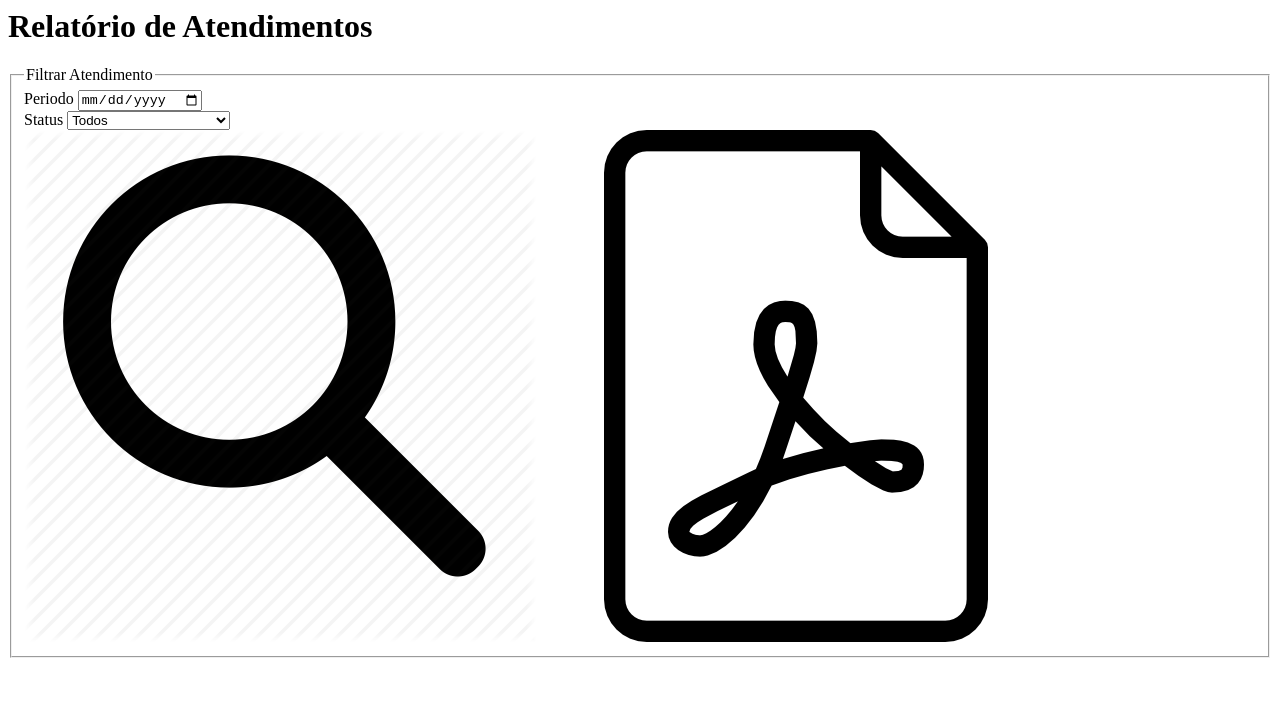
Repository: PedroViniciusVeiga/ProjetoIntratarefas
Page: Workspace - Projeto Intratarefas/ProjetoIntratarefas/WebContent/pages/administrador/relatorio_atendimento.html
An editor plug-in stored every save of this project. The page is shown before and after the next save, followed by the edit.
The browser window is 1280 px wide. The pictures show the whole page.

Above is the page before, as saved 2022-06-06 22:09:24.
Console error: ReferenceError: INTRATAREFAS is not defined

After the next save:
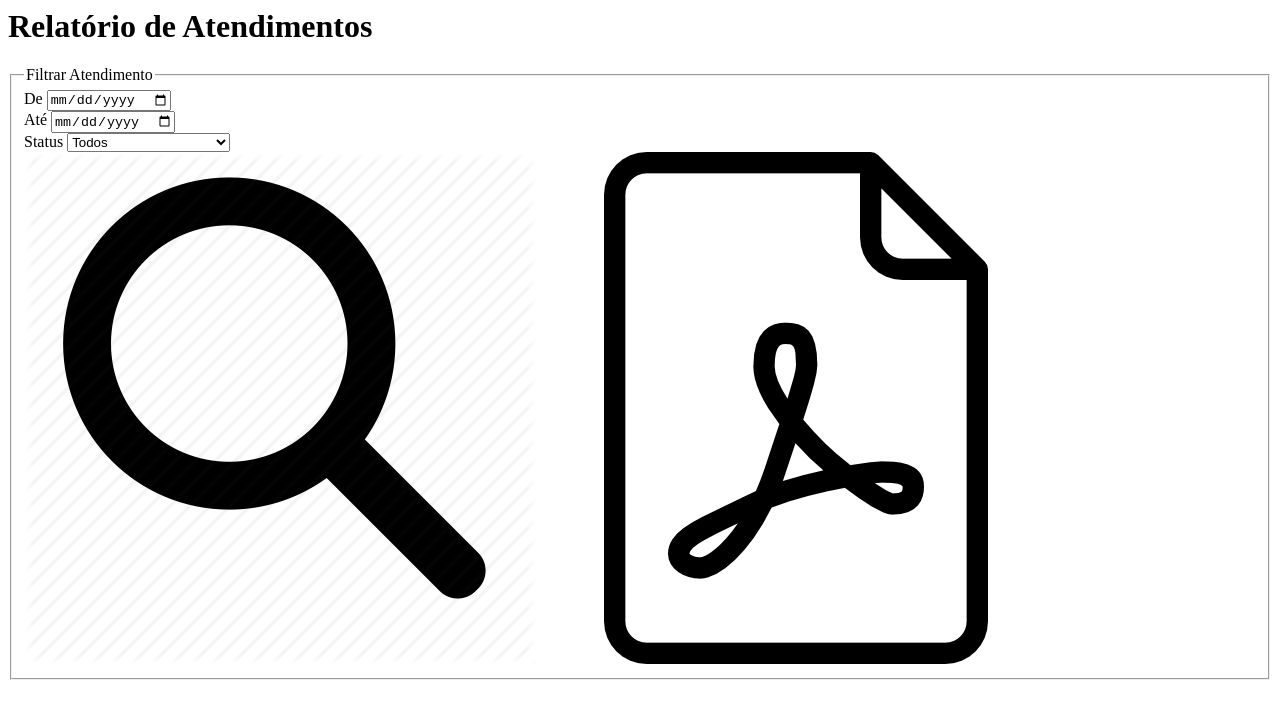
Saved 12 min 41 s later.
--- a/Workspace - Projeto Intratarefas/ProjetoIntratarefas/WebContent/pages/administrador/relatorio_atendimento.html
+++ b/Workspace - Projeto Intratarefas/ProjetoIntratarefas/WebContent/pages/administrador/relatorio_atendimento.html
@@ -6,8 +6,12 @@
 		<fieldset class="fltatendimento">
 			<legend>Filtrar Atendimento</legend>
 			<div class="fltopcao">
-			<label>Periodo</label>
-			<input type="date" name="inicio" id="selData">
+			<label>De</label>
+			<input type="date" name="inicio" id="selInicio">
+			</div>
+			<div class="fltopcao">
+			<label>Até</label>
+			<input type="date" name="inicio" id="selEntrega">
 			</div>
 			<div class="fltopcao">
 				<label>Status</label>
--- a/Workspace - Projeto Intratarefas/ProjetoIntratarefas/WebContent/js/admin.js
+++ b/Workspace - Projeto Intratarefas/ProjetoIntratarefas/WebContent/js/admin.js
@@ -331,11 +331,13 @@
 	INTRATAREFAS.funcionario.buscarPorStatus = function(){
 
 		var status = $("#selStatus").val();//valor digitado no filtro
-		var inicio = $("#selData").val();
+		var inicio = $("#selInicio").val();
+		var fim = $("#selEntrega").val();
 
 		let AjaxRequest = {
    		status,
-		inicio
+		inicio,
+		fim
 }
 
 		$.ajax({
